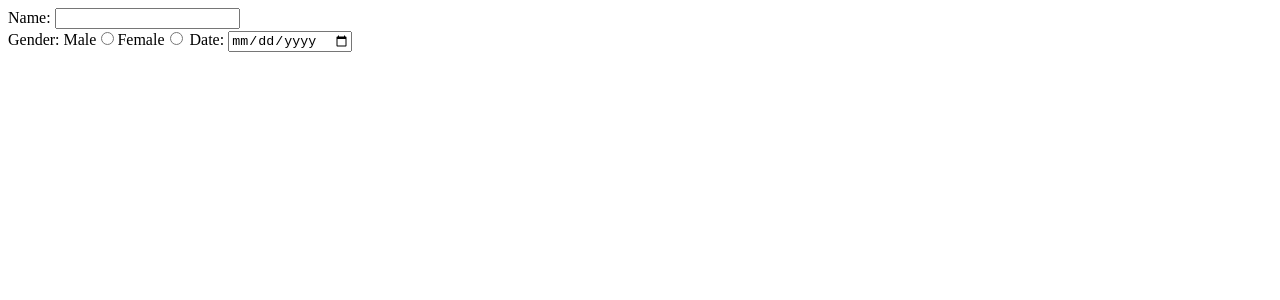
Repository: ngttuyen/JavaWeb
Page: http://localhost/Workshop3/update.jsp
These files come from the project's save history. The page is drawn as it stood at one moment and after the next save; the edit follows.
The browser window is 1280 px wide. The pictures show the whole page.
The page is served by Tomcat 9. Other server files are loaded and not shown.

Above is the page before, as saved 2019-05-27 10:21:36.

### Workshop3/WebContent/update.jsp
<%@ page language="java" contentType="text/html; charset=ISO-8859-1"
    pageEncoding="ISO-8859-1"%>
<!DOCTYPE html>
<html>
<head>
<meta charset="ISO-8859-1">
<title>Insert title here</title>
</head>
<body>
	<form action="CreateStudentServlet" method="get">
	<label>Name: </label><input type="text" name="name"><br>
	<label>Gender:</label> Male<input type="radio" name="gender">Female<input type="radio" name="gender">
	<label>Date: </label><input type="date" name="name"><br>




	</form>

</body>
</html>

After the next save:
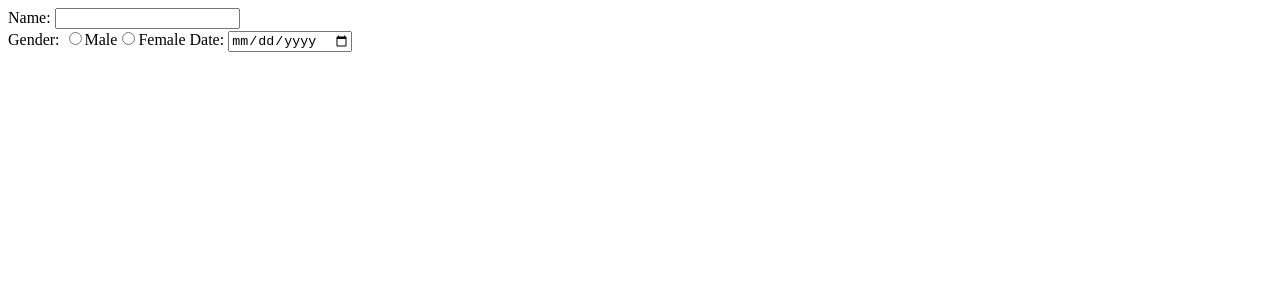
Saved 17 s later.
--- a/Workshop3/WebContent/update.jsp
+++ b/Workshop3/WebContent/update.jsp
@@ -9,7 +9,7 @@
 <body>
 	<form action="CreateStudentServlet" method="get">
 	<label>Name: </label><input type="text" name="name"><br>
-	<label>Gender:</label> Male<input type="radio" name="gender">Female<input type="radio" name="gender">
+	<label>Gender:</label> <input type="radio" name="gender">Male<input type="radio" name="gender">Female
 	<label>Date: </label><input type="date" name="name"><br>
 
 
